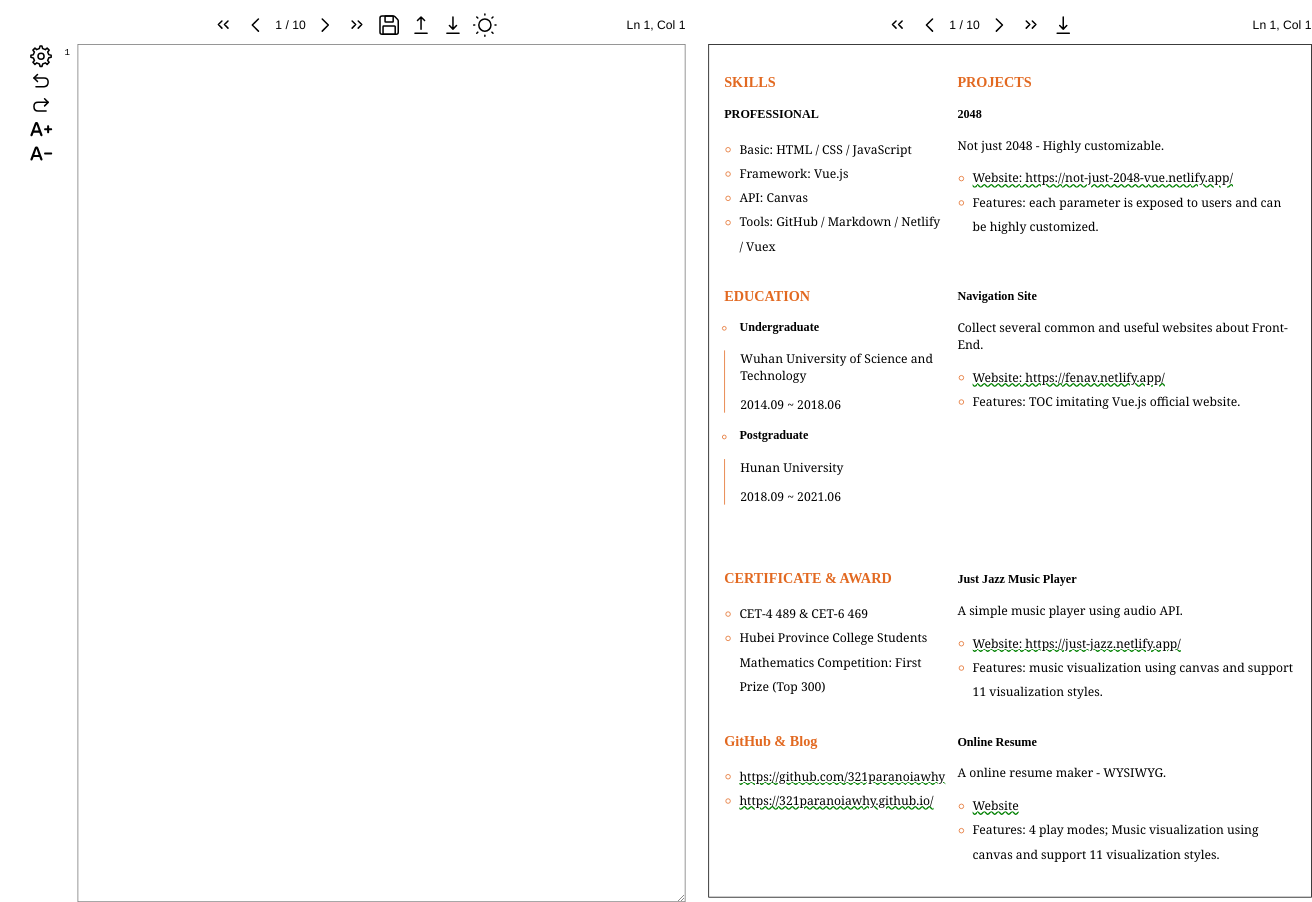
Repository: 321paranoiawhy/online-resume
Page: /
An editor plug-in stored every save of this project. The page is shown before and after the next save, followed by the edit.
The browser window is 1280 px wide. The page is 1726 px wide, so the pictures cover 1726 px, including what lies to the right of the window. The pictures show the whole page, at 76% of full size.
The project was rebuilt for these pictures with package versions that can differ from the ones it lists, and the page was loaded fresh each time. Also part of the build but not shown: vue.config.js, src/components/Header.vue, src/components/Introduction.vue, src/components/Footer.vue.

Above is the page before, as saved 2022-06-08 17:55:48.

After the next save:
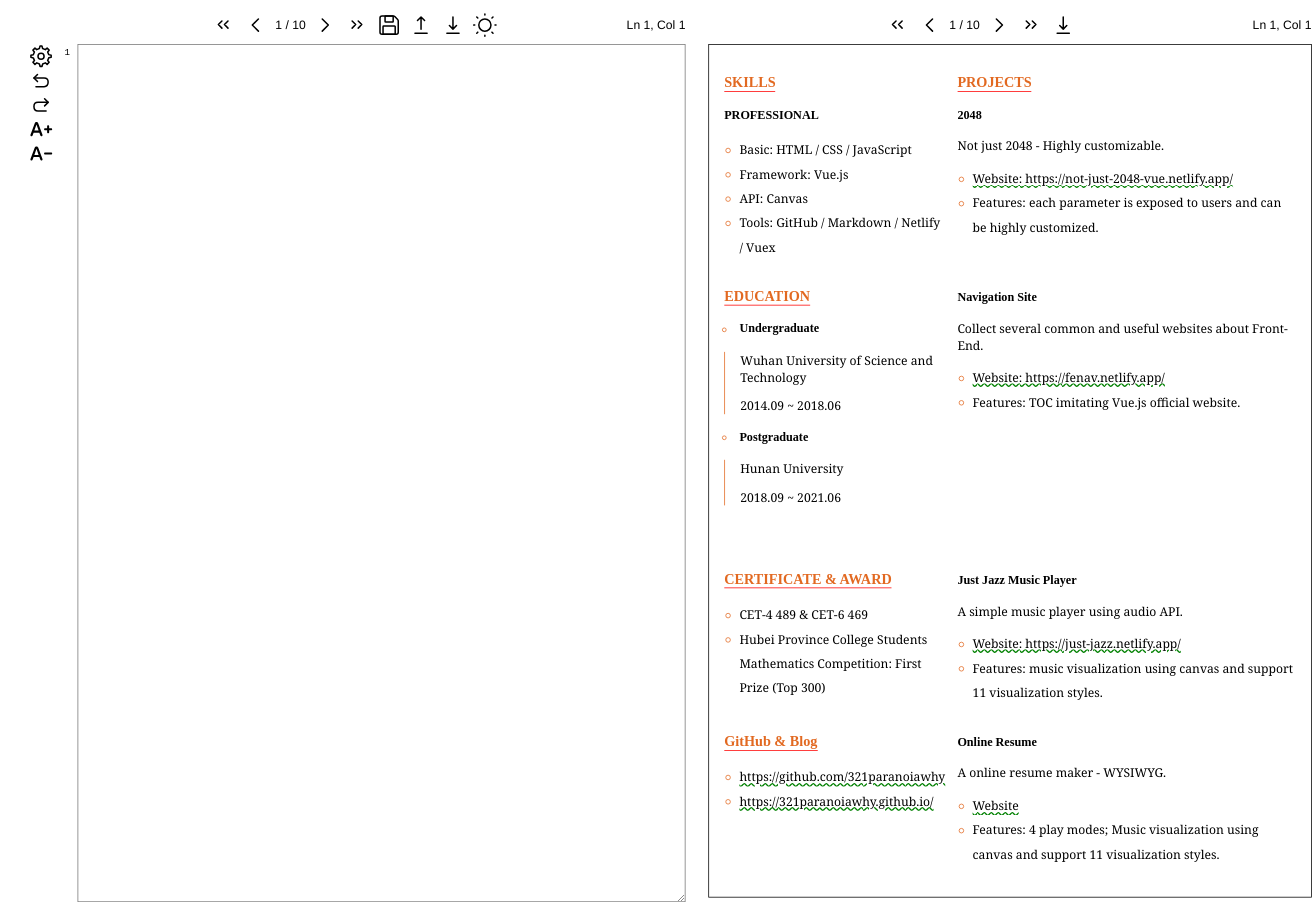
Saved 16 s later.
--- a/src/components/testTemplate.vue
+++ b/src/components/testTemplate.vue
@@ -159,6 +159,7 @@ div.grid {
         color: #e26921;
         font-family: didot;
         width: fit-content;
+        border-bottom: 1px solid red;
     }
     & h4 {
         font-family: didot;
